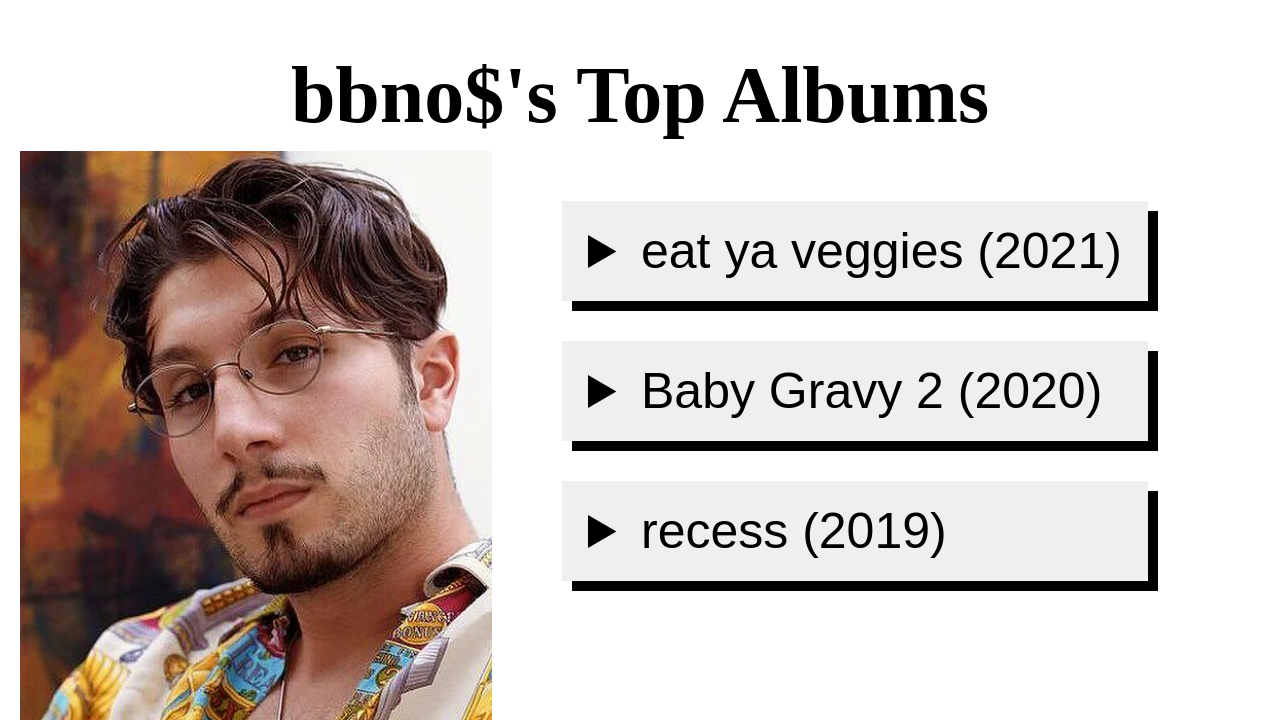
Repository: Jennica1/Lab1
Page: /
The author's editor kept a copy of each file at every save. The page is drawn from the files as they stood at one save, then again after the next save.
The browser window is 1280 px wide. The pictures show the whole page.
The project was rebuilt for these pictures with package versions that can differ from the ones it lists, and the page was loaded fresh each time. Also part of the build but not shown: vite.config.js.

Above is the page before, as saved 2024-09-09 18:52:03.

After the next save:
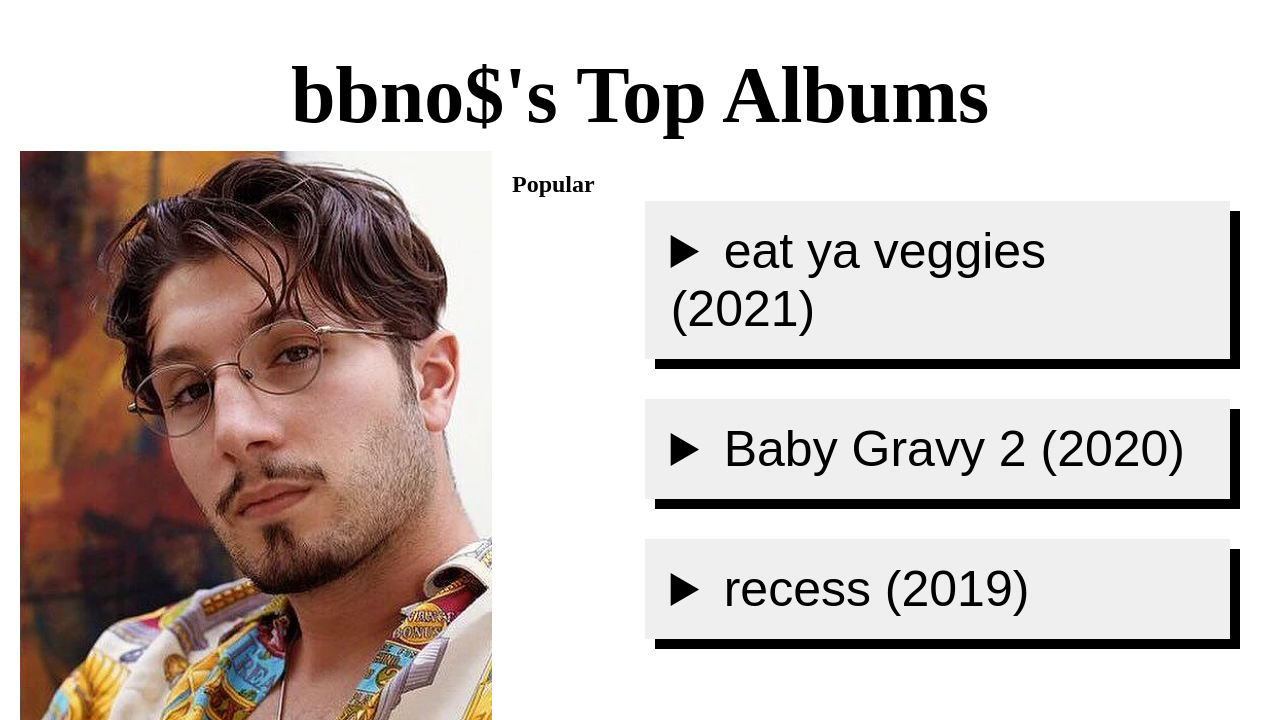
Saved 23 s later.
--- a/src/App.jsx
+++ b/src/App.jsx
@@ -17,7 +17,7 @@
           <img src="/images/bbno$_profile.webp" alt='bbno$' />
         </div>
         <div className='split right'>
-
+          <h2>Popular</h2>
           <div className='albums'>
             <button>
               <details>

After the save that followed:
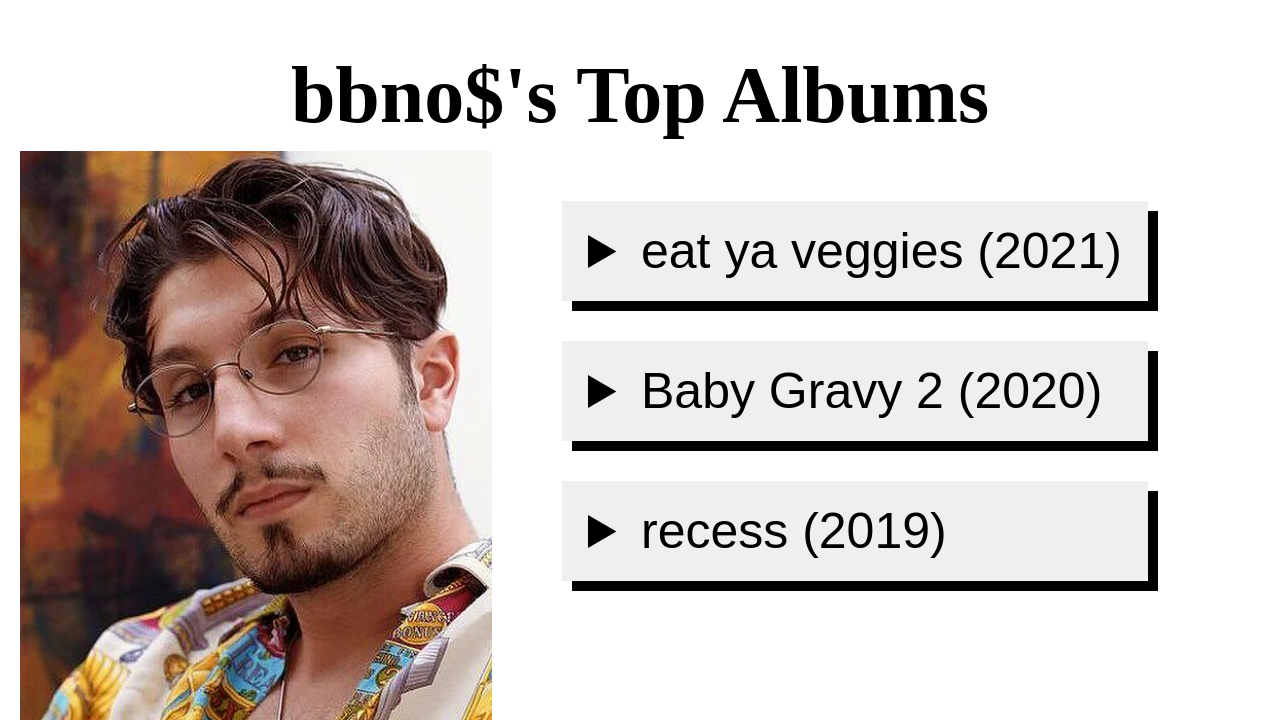
Saved 12 s later.
--- a/src/App.jsx
+++ b/src/App.jsx
@@ -17,7 +17,6 @@
           <img src="/images/bbno$_profile.webp" alt='bbno$' />
         </div>
         <div className='split right'>
-          <h2>Popular</h2>
           <div className='albums'>
             <button>
               <details>
